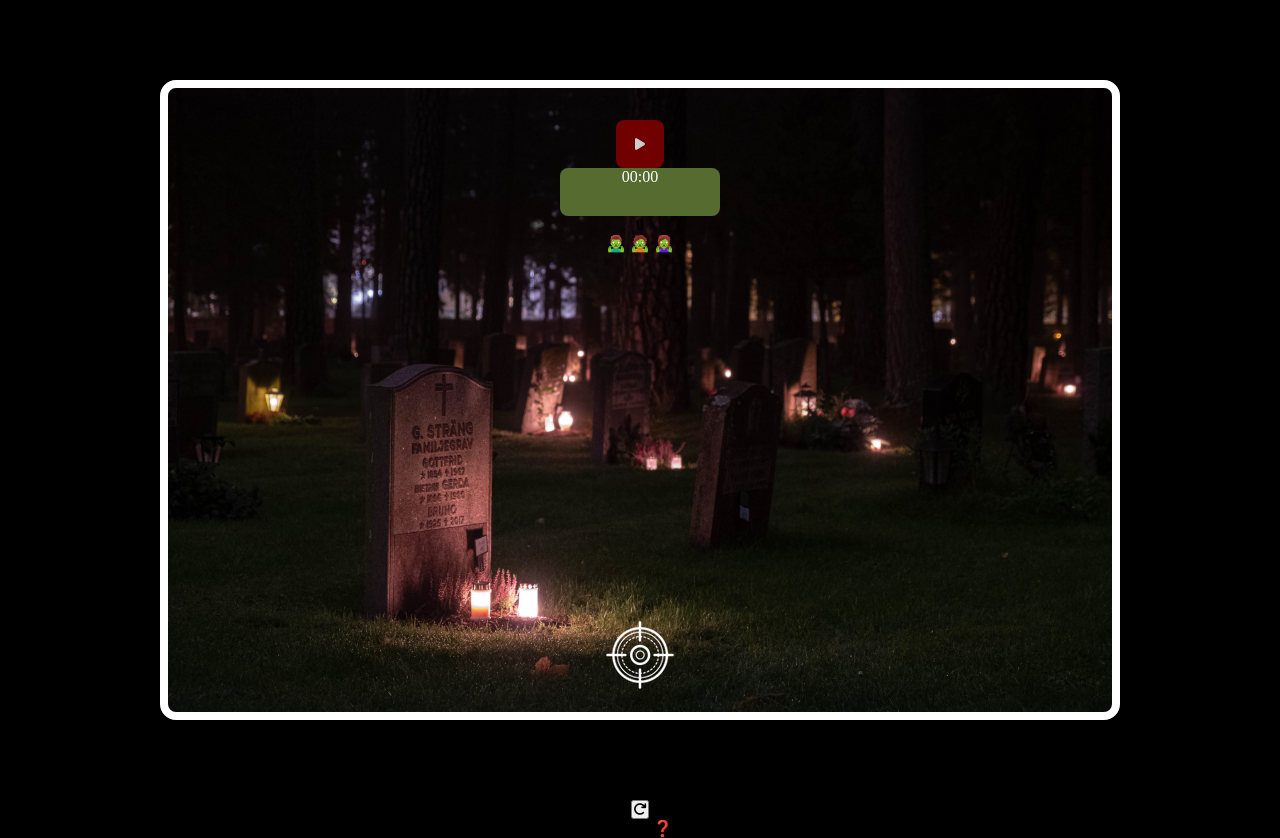
Repository: MrJinkyu/ZombieGame
Page: index.html
An editor plug-in stored every save of this project. The page is shown before and after the next save, followed by the edit.
The browser window is 1280 px wide. The pictures show the whole page.
Some web libraries are served in a nearby version.

Above is the page before, as saved 2023-04-08 22:02:38.

After the next save:
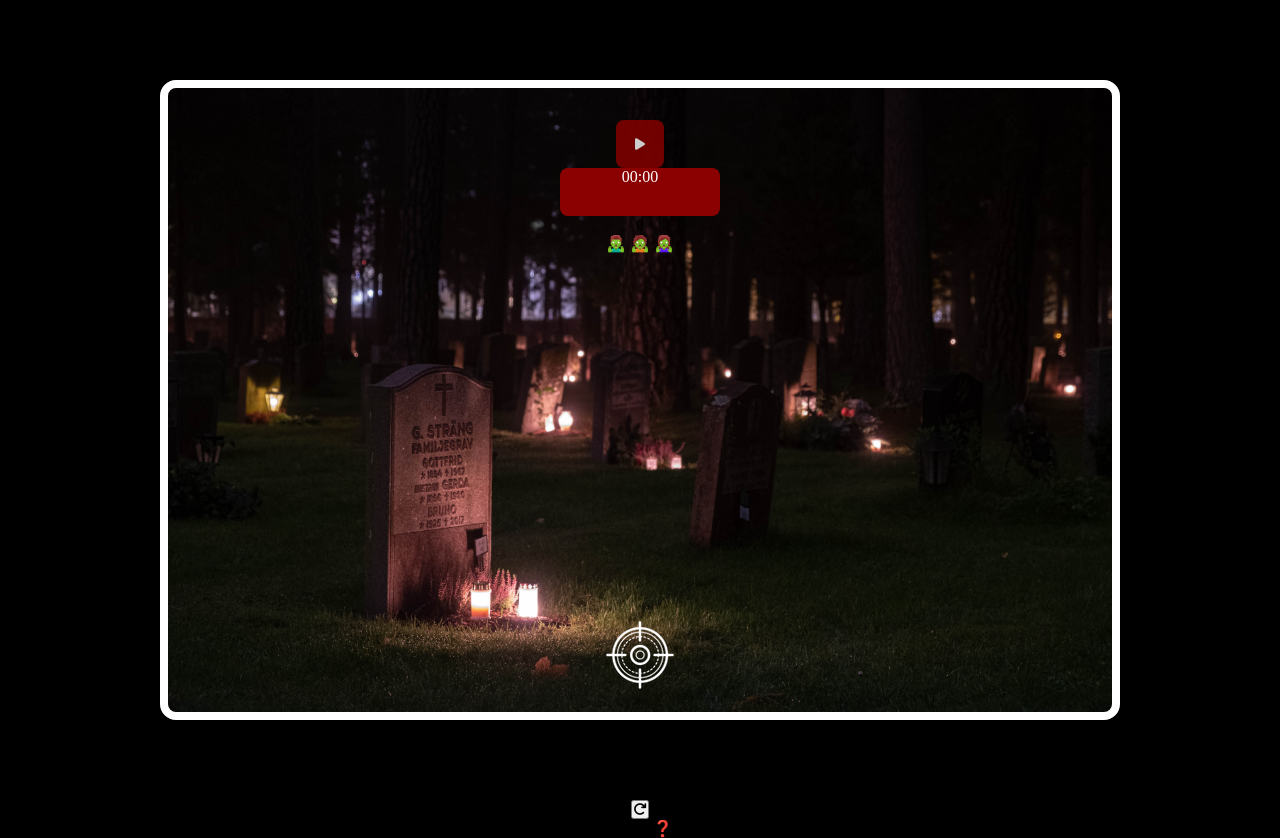
Saved 9 s later.
--- a/style.css
+++ b/style.css
@@ -48,6 +48,6 @@ body{
     width: 10rem;
     height: 3rem;
     border-radius: 0.5rem;
-    background-color: darkolivegreen;
+    background-color: darkred;
     color: white;
 }
